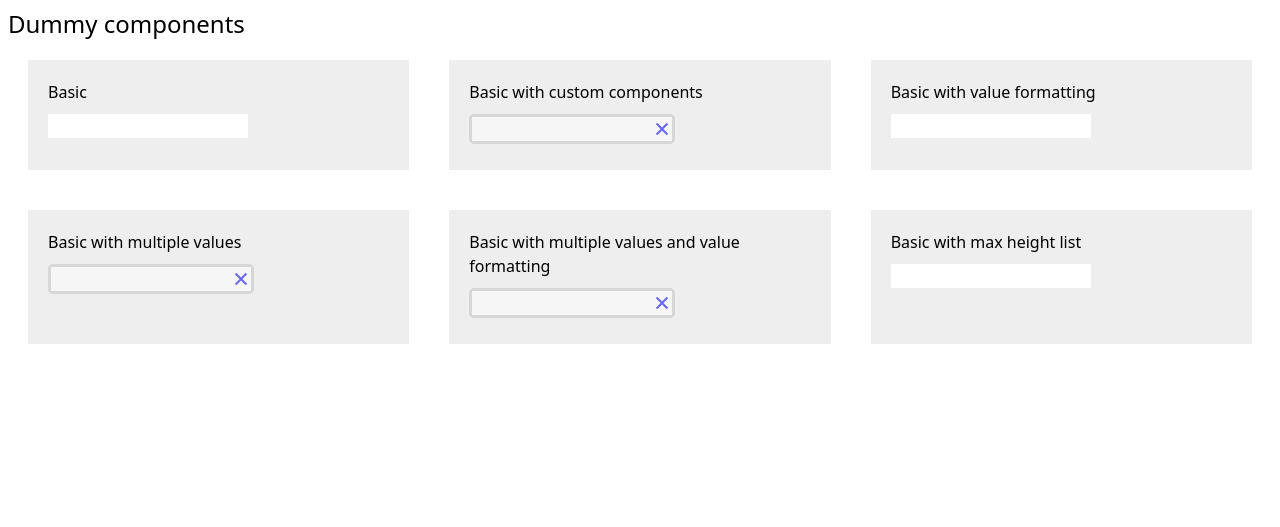
Repository: Frexity/frx-react
Page: / (app in ui/react-select/)
An editor plug-in stored every save of this project. The page is shown before and after the next save, followed by the edit.
The browser window is 1280 px wide. The pictures show the whole page.
Some web libraries are served in a nearby version. The project was rebuilt for these pictures with package versions that can differ from the ones it lists, and the page was loaded fresh each time. Also part of the build but not shown: ui/react-select/vite.config.ts, ui/react-select/src/CustomSelectComponents/ListLoadingIndicator.tsx, ui/react-select/src/dummy-components/ControlLoadingIndicator.tsx, ui/react-select/src/dummy-components/ListLoadingIndicator.tsx.

Above is the page before, as saved 2022-08-21 01:29:29.

### ui/react-select/index.html
<!DOCTYPE html>
<html lang="en">
  <head>
    <meta charset="UTF-8" />
    <link rel="icon" type="image/svg+xml" href="/vite.svg" />
    <meta name="viewport" content="width=device-width, initial-scale=1.0" />
    <title>React Select</title>
    <script src="https://cdn.tailwindcss.com/3.1.8"></script>
  </head>
  <body>
    <div id="root"></div>
    <script type="module" src="/src/main.tsx"></script>
  </body>
</html>

### ui/react-select/src/App.tsx
import './styles.css'

import { ClearIndicator } from './CustomSelectComponents/ClearIndicator'
import { Control } from './CustomSelectComponents/Control'
import { ListLoadingIndicator } from './CustomSelectComponents/ListLoadingIndicator'
import { Option } from './CustomSelectComponents/Option'
import { dummyComponents } from './dummy-components'
import { Select } from './Select'
import { ValueContainer } from './CustomSelectComponents/ValueContainer'
// import { AsyncSelect } from './Select/Async'

const options = [
  { label: 'Option 1', value: '1' },
  { label: 'Option 2', value: '2' },
  { label: 'Option 3', value: '3' },
  { label: 'Option 4', value: '4' },
  { label: 'Option 5', value: '5' },
  { label: 'Option 6', value: '6' },
  { label: 'Option 7', value: '7' },
  { label: 'Option 8', value: '8' },
  { label: 'Option 9', value: '9' },
  { label: 'Option 10', value: '10' },
]

const customComponents = {
  Option,
  Control,
  ClearIndicator,
  ListLoadingIndicator,
  ValueContainer,
}

export default function App() {
  return (
    <div className="p-2">
      <h2 className="text-2xl">Dummy components</h2>
      <div className="cards">
        <div className="card">
          <h3>Basic</h3>
          <Select options={options} components={dummyComponents} />
        </div>
        <div className="card">
          <h3>Basic with custom components</h3>
          <Select options={options} components={customComponents} />
        </div>
        <div className="card">
          <h3>Basic with value formatting</h3>
          <Select
            options={options}
            components={dummyComponents}
            selectedValueFormatter={(value) => {
              return value ? `This is value: ${value}` : null
            }}
          />
        </div>
        <div className="card">
          <h3>Basic with multiple values</h3>
          <Select options={options} components={customComponents} canSelectMultipleValues />
        </div>
        <div className="card">
          <h3>Basic with multiple values and value formatting</h3>
          <Select
            options={options}
            components={customComponents}
            canSelectMultipleValues
            selectedValueFormatter={(value) => {
              return value ? `This is value: ${value}` : null
            }}
          />
        </div>
        {/* <div className="card">
        <h3>TODO: Basic with initial value</h3>
        <Select options={options} components={customComponents} canSelectMultipleValues />
      </div> */}
        <div className="card">
          <h3>Basic with max height list</h3>
          <Select
            options={options}
            components={dummyComponents}
            optionsListProps={{
              maxHeight: 150,
            }}
          />
        </div>
        {/* <div className="card">
        <h3>Async</h3>
        <AsyncSelect
          options={options}
          components={dummyComponents}
          asyncOptions={{
            url: 'https://jsonplaceholder.typicode.com/albums',
            startPage: 0,
            perPage: 4,
            queryAttribute: 'page',
            labelAttribute: 'title',
            valueAttribute: 'id',
            loadOnMount: true,
          }}
        />
      </div> */}
        {/* <div className="card">
        <h3>TODO: Async with initial value</h3>
        <AsyncSelect
          options={options}
          components={dummyComponents}
          asyncOptions={{
            url: 'https://jsonplaceholder.typicode.com/albums',
            startPage: 0,
            perPage: 4,
            queryAttribute: 'page',
            labelAttribute: 'title',
            valueAttribute: 'id',
            loadOnMount: true,
          }}
        />
      </div> */}
      </div>
    </div>
  )
}

### ui/react-select/src/styles.css
.dropdown {
  position: fixed;
  border: 1px solid red;
  display: none;
  z-index: 1;
  background: white;
}

input:focus + .dropdown {
  display: block;
}

.card {
  margin: 20px;
  padding: 20px;
  background-color: #eee;
  overflow: hidden;
  overflow-y: scroll;
}

h3 {
  margin-bottom: 10px;
}

.cards {
  display: grid;
  grid-template-columns: repeat(auto-fill, minmax(400px, 1fr));
}

### ui/react-select/src/CustomSelectComponents/ClearIndicator.tsx
import { memo } from 'react'
import { ClearIndicatorComponentProps } from '../Select/types'

export const ClearIndicator = memo(({ clearIndicatorContainerStyles, onClick }: ClearIndicatorComponentProps) => {
  return (
    <div style={clearIndicatorContainerStyles} onClick={onClick}>
      <svg viewBox="0 0 460.775 460.775" style={{ width: 12, height: 12 }}>
        <path
          fill="#66f"
          d="M285.08,230.397L456.218,59.27c6.076-6.077,6.076-15.911,0-21.986L423.511,4.565c-2.913-2.911-6.866-4.55-10.992-4.55  c-4.127,0-8.08,1.639-10.993,4.55l-171.138,171.14L59.25,4.565c-2.913-2.911-6.866-4.55-10.993-4.55  c-4.126,0-8.08,1.639-10.992,4.55L4.558,37.284c-6.077,6.075-6.077,15.909,0,21.986l171.138,171.128L4.575,401.505  c-6.074,6.077-6.074,15.911,0,21.986l32.709,32.719c2.911,2.911,6.865,4.55,10.992,4.55c4.127,0,8.08-1.639,10.994-4.55  l171.117-171.12l171.118,171.12c2.913,2.911,6.866,4.55,10.993,4.55c4.128,0,8.081-1.639,10.992-4.55l32.709-32.719  c6.074-6.075,6.074-15.909,0-21.986L285.08,230.397z"
        />
      </svg>
    </div>
  )
})

### ui/react-select/src/CustomSelectComponents/Control.tsx
import { ControlComponentProps } from '../Select/types'

export const Control = ({ controlStyles, children }: ControlComponentProps) => {
  return (
    <div
      style={{
        ...controlStyles,
        borderRadius: 5,
        padding: 3,
        backgroundColor: '#d6d6d6',
      }}
    >
      {children}
    </div>
  )
}

### ui/react-select/src/CustomSelectComponents/Option.tsx
import { memo } from 'react'
import { OptionComponentProps } from '../Select/types'

export const Option = memo(({ isSelected, label, onSelect }: OptionComponentProps) => {


  return (
    <li className="text-gray-900 cursor-pointer py-2 pl-3 pr-9 hover:bg-sky-300" onClick={onSelect}>
      <div className="flex items-center">
        <img
          src="https://images.unsplash.com/photo-1491528323818-fdd1faba62cc?ixlib=rb-1.2.1&ixid=eyJhcHBfaWQiOjEyMDd9&auto=format&fit=facearea&facepad=2&w=256&h=256&q=80"
          alt=""
          className="flex-shrink-0 h-6 w-6 rounded-full"
        />
        <span className={`${isSelected ? 'font-bold text-blue-700' : 'font-normal'} ml-3 block truncate`}>{label}</span>
      </div>
    </li>
  )
})

### ui/react-select/src/dummy-components/index.ts
import { Control } from './Control'
import { ClearIndicator } from './ClearIndicator'
import { ControlLoadingIndicator } from './ControlLoadingIndicator'
import { ListLoadingIndicator } from './ListLoadingIndicator'
import { Option } from './Option'
import { ValueContainer } from './ValueContainer'

export const dummyComponents = {
  Control,
  ClearIndicator,
  ControlLoadingIndicator,
  ListLoadingIndicator,
  Option,
  ValueContainer,
}

### ui/react-select/src/Select/index.tsx
import { InnerSelect } from './common'
import { SelectProvider } from './Context'
import { OutsideClickHandler } from './OutsideClickHandler'
import { SelectProps } from './types'

export const Select = ({
  selectedValueFormatter,
  options,
  components,
  optionsListProps,
  canSelectMultipleValues,
}: Omit<SelectProps, 'asyncOptions' | 'AsyncHandler'>) => {
  // const [o, setO] = useState(options);

  // Test setting options from outside the context/component
  /*
  useEffect(() => {
    setTimeout(() => {
      setO([{ label: "New", value: "x" }]);
    }, 2000);
  }, []);
  console.log({ o });
  */

  return (
    <SelectProvider value={{ options }}>
      <OutsideClickHandler>
        <InnerSelect
          selectedValueFormatter={selectedValueFormatter}
          components={components}
          optionsListProps={optionsListProps}
          canSelectMultipleValues={canSelectMultipleValues}
        />
      </OutsideClickHandler>
    </SelectProvider>
  )
}

### ui/react-select/src/CustomSelectComponents/ValueContainer.tsx
import { memo } from 'react'
import { ValueContainerComponentProps } from '../Select/types'

export const ValueContainer = memo(({ children }: ValueContainerComponentProps) => {
  return <div style={{ width: 200, backgroundColor: '#f6f6f6', minHeight: 24, padding: '5px 10px' }}>{children}</div>
})

### ui/react-select/src/dummy-components/Control.tsx
import { ControlComponentProps } from '../Select/types'

export const Control = ({ controlStyles, children }: ControlComponentProps) => {
  return <div style={controlStyles}>{children}</div>
}

### ui/react-select/src/dummy-components/ClearIndicator.tsx
import { memo } from 'react'
import { ClearIndicatorComponentProps } from '../Select/types'

export const ClearIndicator = memo(
  ({ clearIndicatorContainerStyles, onClick, selectedValues }: ClearIndicatorComponentProps) => {
    return (
      <div
        style={{ ...clearIndicatorContainerStyles, ...{ display: selectedValues ? 'initial' : 'none' } }}
        onClick={onClick}
      >
        X
      </div>
    )
  },
)

### ui/react-select/src/dummy-components/Option.tsx
import { memo } from 'react'
import { OptionComponentProps } from '../Select/types'

export const Option = memo(({ isSelected, label, onSelect }: OptionComponentProps) => {
  return (
    <div style={{ fontWeight: isSelected ? 'bold' : 'normal' }} onClick={onSelect}>
      {label}
    </div>
  )
})

### ui/react-select/src/dummy-components/ValueContainer.tsx
import { memo } from 'react'
import { ValueContainerComponentProps } from '../Select/types'

export const ValueContainer = memo(({ children }: ValueContainerComponentProps) => {
  return <div style={{ width: 200, backgroundColor: '#fff', minHeight: 24 }}>{children}</div>
})

### ui/react-select/src/Select/common.tsx
import { useContext } from 'react'
import { ClearIndicator } from './ClearIndicator'
import { SelectContext } from './Context'
import { Options } from './Options'
import { OptionsDropdown } from './OptionsDropdown'
import { OptionsList } from './OptionsList'
import { selectStyles } from './styles'
import { SelectProps } from './types'
import { ValueContainer } from './ValueContainer'

export const InnerSelect = ({
  selectedValueFormatter,
  components,
  optionsListProps,
  asyncOptions,
  AsyncHandler,
  canSelectMultipleValues,
}: Omit<SelectProps, 'options'>) => {
  const { state } = useContext<any>(SelectContext)

  return (
    <>
      <components.Control controlStyles={selectStyles.control}>
        <ValueContainer
          selectedValueFormatter={selectedValueFormatter}
          ValueContainerComponent={components.ValueContainer}
        />
        {components.ClearIndicator && <ClearIndicator ClearIndicatorComponent={components.ClearIndicator} />}
        {components.ControlLoadingIndicator && <components.ControlLoadingIndicator isVisible={state.isLoading} />}
      </components.Control>
      <OptionsDropdown>
        {components.ListLoadingIndicator && (
          <components.ListLoadingIndicator isVisible={state.isOpen && state.isLoading} />
        )}
        <OptionsList optionsListProps={optionsListProps} isAsync={!!asyncOptions}>
          <Options OptionComponent={components.Option} canSelectMultipleValues={canSelectMultipleValues} />
        </OptionsList>
      </OptionsDropdown>
      {AsyncHandler && <AsyncHandler asyncOptions={asyncOptions} />}
    </>
  )
}

### ui/react-select/src/Select/Context.tsx
import React, { useReducer, createContext, useId, useEffect, PropsWithChildren } from 'react'

function reducer(state: any, action: any) {
  return { ...state, ...action }
}

const SelectContext = createContext({}) as any

const SelectProvider = ({ children, value }: PropsWithChildren<{ value: any }>) => {
  const inputElementId = useId()
  const listElementId = useId()
  const dropdownElementId = useId()

  const initialState = {
    isOpen: false,
    hasReachedBottom: false,
    isLoading: false,
    inputElementId,
    dropdownElementId,
    listElementId,
    options: value.options,
    selectedValues: null,
  }
  const [state, dispatch] = useReducer(reducer, initialState)
  const store = React.useMemo(() => ({ state, dispatch }), [state])

  /*
  TODO:
  - Get scroll ref, to scrollToTop when it opens
  */

  // Update options when they come from the outside
  useEffect(() => {
    dispatch({ options: value.options })
  }, [value.options])

  return <SelectContext.Provider value={store}>{children}</SelectContext.Provider>
}

export { SelectContext, SelectProvider }

### ui/react-select/src/Select/OutsideClickHandler.tsx
import { memo, ReactNode, useContext, useEffect, useRef } from 'react'
import { SelectContext } from './Context'

interface OutsideClickHandlerProps {
  children: ReactNode
}

const useOutsideClick = (callback: any) => {
  const ref = useRef<any>()

  useEffect(() => {
    const handleClick = (event: MouseEvent) => {
      if (ref.current && !ref.current.contains(event.target)) {
        callback()
      }
    }

    document.addEventListener('mousedown', handleClick, true)

    return () => {
      document.removeEventListener('mousedown', handleClick, true)
    }
  }, [ref, callback])

  return ref
}

export const OutsideClickHandler = memo(({ children }: OutsideClickHandlerProps) => {
  const { dispatch } = useContext<any>(SelectContext)

  const ref = useOutsideClick(() => {
    dispatch({ isOpen: false })
  })

  return <span ref={ref}>{children}</span>
})

### ui/react-select/src/Select/ClearIndicator.tsx
import { ComponentType, useCallback, useContext } from 'react'
import { SelectContext } from './Context'

import { selectStyles } from './styles'
import { ClearIndicatorComponentProps } from './types'

interface ClearIndicatorProps {
  ClearIndicatorComponent: ComponentType<ClearIndicatorComponentProps>
}

export const ClearIndicator = ({ ClearIndicatorComponent }: ClearIndicatorProps) => {
  const { state, dispatch } = useContext<any>(SelectContext)

  const handleClick = useCallback(() => {
    dispatch({ selectedValues: null })
  }, [dispatch])

  return (
    <ClearIndicatorComponent
      onClick={handleClick}
      selectedValues={state.selectedValues}
      clearIndicatorContainerStyles={selectStyles.clearIndicator}
    />
  )
}

### ui/react-select/src/Select/Options.tsx
import { memo, useCallback, useContext } from 'react'
import { SelectContext } from './Context'
import { OptionType, SelectComponents } from './types'
import { toggleValue } from './utils'

interface InnerOptionsProps {
  OptionComponent: any
  onSelect: any
  options: any
  selectedValues: any
}

const InnerOptions = memo(({ selectedValues, options, onSelect, OptionComponent }: InnerOptionsProps) => {
  return (
    <>
      {options.map((option: OptionType) => {
        const isSelected = Array.isArray(selectedValues)
          ? selectedValues.includes(option.value)
          : selectedValues === option.value

        return (
          <OptionComponent
            key={option.value}
            label={option.label}
            value={option.value}
            isSelected={isSelected}
            onSelect={() => {
              onSelect(option.value)
            }}
          />
        )
      })}
    </>
  )
})

interface OptionsProps {
  OptionComponent: SelectComponents['Option']
  canSelectMultipleValues: boolean | undefined
}

export const Options = ({ OptionComponent, canSelectMultipleValues }: OptionsProps) => {
  const { state, dispatch } = useContext<any>(SelectContext)

  const onSelect = useCallback(
    (value: string) => {
      if (canSelectMultipleValues) {
        const newValues = toggleValue({ value, selectedValues: state.selectedValues })
        dispatch({ selectedValues: newValues, isOpen: false })
        return
      }
      dispatch({ selectedValues: value, isOpen: false })
    },
    [dispatch, state.selectedValues, canSelectMultipleValues],
  )

  return (
    <InnerOptions
      options={state.options}
      OptionComponent={OptionComponent}
      selectedValues={state.selectedValues}
      onSelect={onSelect}
    />
  )
}

### ui/react-select/src/Select/OptionsDropdown.tsx
import { SelectContext } from './Context'
import { ReactNode, useContext, useEffect } from 'react'

import { getScrollParent, normalizedHeight, setMenuPosition } from './utils'

interface OptionsDropdownProps {
  children: ReactNode
}

export const OptionsDropdown = ({ children }: OptionsDropdownProps) => {
  const { state } = useContext<any>(SelectContext)

  // TODO: Reposition on window resize
  useEffect(() => {
    // TODO: Get unique ID instead
    const dropdown = document.getElementById(state.dropdownElementId)
    if (!dropdown) {
      return
    }

    const input = document.getElementById(state.inputElementId)
    if (!input) {
      return
    }
    if (!state.isOpen) {
      dropdown.style.display = 'none'
      return
    }

    const parent = getScrollParent(input)

    const style = getComputedStyle(input)

    const borderTopWidth = parseInt(style.borderTopWidth, 10) || 0
    const borderLeftWidth = parseInt(style.borderLeftWidth, 10) || 0
    const borderBottomWidth = parseInt(style.borderBottomWidth, 10) || 0
    const inputHeight = normalizedHeight(input) + borderTopWidth + borderBottomWidth

    setMenuPosition(dropdown, input, inputHeight, borderLeftWidth)

    function scrollEventHandler(this: HTMLElement) {
      if (!dropdown) {
        return
      }
      setMenuPosition(dropdown, this, inputHeight, borderLeftWidth)
    }

    parent.addEventListener('scroll', scrollEventHandler.bind(input))

    dropdown.style.display = 'initial'
  }, [state.isOpen, state.inputElementId, state.dropdownElementId])

  return (
    <div className="dropdown" id={state.dropdownElementId}>
      {children}
    </div>
  )
}

### ui/react-select/src/Select/OptionsList.tsx
import { SelectContext } from './Context'
import { useContext, memo, useCallback, useEffect, PropsWithChildren } from 'react'
import { scrollIsAtBottom } from './utils'
import { SelectProps } from './types'

interface InnerOptionsListProps {
  isAsync: boolean
  optionsListProps: SelectProps['optionsListProps']
  onReachedBottom: (() => void) | undefined
  listElementId: string
}

const InnerOptionsList = memo(
  ({
    children,
    isAsync,
    optionsListProps,
    onReachedBottom,
    listElementId,
  }: PropsWithChildren<InnerOptionsListProps>) => {
    useEffect(() => {
      if (!isAsync) {
        return
      }
      const element = document.getElementById(listElementId)
      if (!element) {
        return
      }

      function checkIfAtBottom() {
        if (element && scrollIsAtBottom(element)) {
          onReachedBottom && onReachedBottom()
        }
      }
      element.addEventListener('scroll', checkIfAtBottom)

      return () => {
        element.removeEventListener('scroll', checkIfAtBottom)
      }
    }, [onReachedBottom, listElementId, isAsync])

    return (
      <div
        id={listElementId}
        style={{
          maxHeight: optionsListProps?.maxHeight || 'unset',
          overflowY: optionsListProps?.maxHeight ? 'scroll' : 'unset',
        }}
      >
        <ul>{children}</ul>
      </div>
    )
  },
)

interface OptionsListProps {
  isAsync: boolean
  optionsListProps: any
}

export const OptionsList = ({ children, optionsListProps, isAsync }: PropsWithChildren<OptionsListProps>) => {
  const { state, dispatch } = useContext<any>(SelectContext)

  const onReachedBottom = useCallback(() => {
    if (state.hasReachedBottom) {
      return
    }
    dispatch({ hasReachedBottom: true })
  }, [dispatch, state.hasReachedBottom])

  return (
    <InnerOptionsList
      isAsync={isAsync}
      optionsListProps={optionsListProps}
      onReachedBottom={isAsync ? onReachedBottom : undefined}
      listElementId={state.listElementId}
    >
      {children}
    </InnerOptionsList>
  )
}

### ui/react-select/src/Select/styles.ts
export const selectStyles = {
  clearIndicator: {
    position: 'absolute' as const,
    top: 0,
    right: 0,
    bottom: 0,
    display: 'flex',
    padding: '0 7px',
    justifyContent: 'center',
    alignItems: 'center',
    cursor: 'pointer',
  },
  control: {
    position: 'relative' as const,
    display: 'inline-block',
  },
}

### ui/react-select/src/Select/ValueContainer.tsx
import { memo, useCallback, useContext } from 'react'
import { SelectContext } from './Context'
import { SelectComponents, SelectProps } from './types'

interface ValueContainerProps {
  selectedValueFormatter: SelectProps['selectedValueFormatter']
  ValueContainerComponent: SelectComponents['ValueContainer']
}

export const ValueContainer = memo(({ selectedValueFormatter, ValueContainerComponent }: ValueContainerProps) => {
  const { state, dispatch } = useContext<any>(SelectContext)

  const onFocus = useCallback(() => {
    dispatch({ isOpen: true })
  }, [dispatch])

  const formattedValue = selectedValueFormatter
    ? Array.isArray(state.selectedValues)
      ? state.selectedValues.map(selectedValueFormatter)
      : selectedValueFormatter(state.selectedValues)
    : state.selectedValues

  return (
    <div id={state.inputElementId} onClick={onFocus}>
      <ValueContainerComponent>{formattedValue}</ValueContainerComponent>
    </div>
  )
})

### ui/react-select/src/Select/utils.ts
export function getScrollParent(element: HTMLElement) {
  let style = window.getComputedStyle(element)
  const excludeStaticParent = style.position === 'absolute'
  const overflowRegex = /(auto|scroll)/
  const documentElement = document.documentElement

  if (style.position === 'fixed') {
    return documentElement
  }

  // eslint-disable-next-line @typescript-eslint/ban-ts-comment
  // @ts-ignore
  for (let parent = element; (parent = parent.parentElement); ) {
    style = window.getComputedStyle(parent)
    if (excludeStaticParent && style.position === 'static') {
      continue
    }
    if (overflowRegex.test(style.overflow + style.overflowY + style.overflowX)) {
      return parent
    }
  }

  return documentElement
}

export function getScrollTop(el: HTMLElement) {
  if (isDocumentElement(el)) {
    return window.scrollY
  }
  return el.scrollTop
}

export function normalizedHeight(el: HTMLElement) {
  if (isDocumentElement(el)) {
    return window.innerHeight
  }

  return el.clientHeight
}

export function isDocumentElement(el: HTMLElement) {
  return [document.documentElement, document.body, window].indexOf(el) > -1
}

// https://github.com/JedWatson/react-select/blob/b0411ff46bc1ecf45d9bca4fb58fbce1e57f847c/packages/react-select/src/internal/useScrollCapture.js

export function setMenuPosition(dropdown: HTMLElement, element: HTMLElement, inputHeight: number, leftOffset: number) {
  // Done with JS instead of React, otherwise it will lag behind
  const offset = element.getBoundingClientRect()
  const top = offset.top
  const left = offset.left
  dropdown.style.top = `${top + inputHeight}px`
  dropdown.style.left = `${left + leftOffset}px`
}

export function scrollIsAtBottom(node: HTMLElement) {
  return node.scrollTop + node.offsetHeight === node.scrollHeight
}

export function sleep(ms: number) {
  return new Promise((resolve) => setTimeout(resolve, ms))
}

export function toggleValue({ value, selectedValues }: { value: string; selectedValues: string[] | null }) {
  const wrappedSelectedValues = selectedValues ? [...selectedValues] : []
  if (wrappedSelectedValues.includes(value)) {
    const newValues = wrappedSelectedValues.filter((v) => v !== value)
    return newValues.length === 0 ? null : newValues
  }
  return [...wrappedSelectedValues, value]
}

Loaded but not shown: ui/react-select/src/main.tsx (common file)

After the next save:
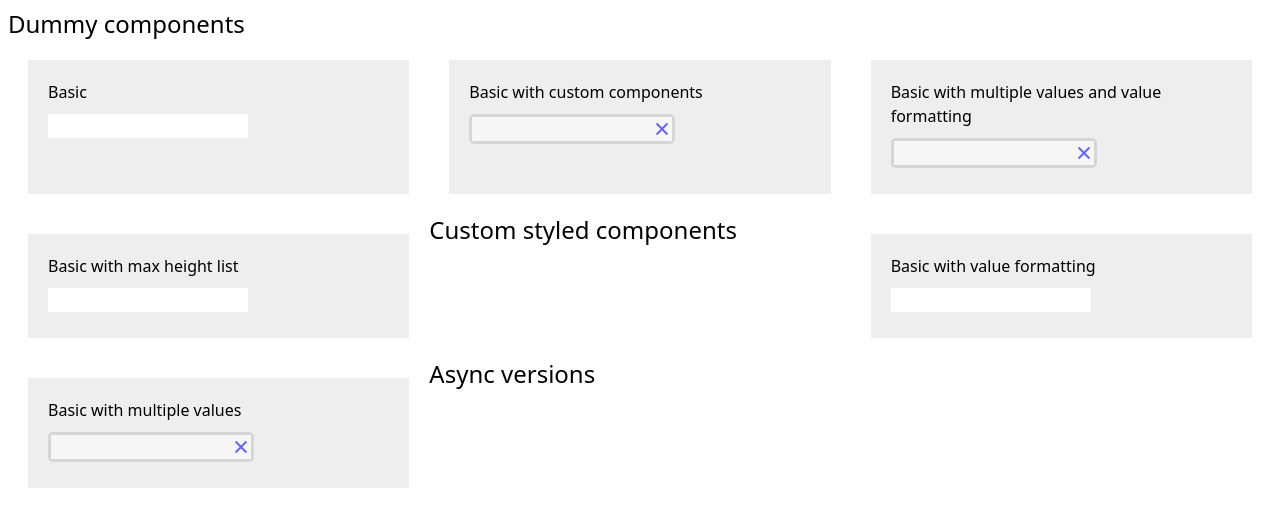
Saved 41 s later.
--- a/ui/react-select/src/App.tsx
+++ b/ui/react-select/src/App.tsx
@@ -44,20 +44,6 @@ export default function App() {
           <Select options={options} components={customComponents} />
         </div>
         <div className="card">
-          <h3>Basic with value formatting</h3>
-          <Select
-            options={options}
-            components={dummyComponents}
-            selectedValueFormatter={(value) => {
-              return value ? `This is value: ${value}` : null
-            }}
-          />
-        </div>
-        <div className="card">
-          <h3>Basic with multiple values</h3>
-          <Select options={options} components={customComponents} canSelectMultipleValues />
-        </div>
-        <div className="card">
           <h3>Basic with multiple values and value formatting</h3>
           <Select
             options={options}
@@ -82,6 +68,22 @@ export default function App() {
             }}
           />
         </div>
+        <h2 className="text-2xl">Custom styled components</h2>
+        <div className="card">
+          <h3>Basic with value formatting</h3>
+          <Select
+            options={options}
+            components={dummyComponents}
+            selectedValueFormatter={(value) => {
+              return value ? `This is value: ${value}` : null
+            }}
+          />
+        </div>
+        <div className="card">
+          <h3>Basic with multiple values</h3>
+          <Select options={options} components={customComponents} canSelectMultipleValues />
+        </div>
+        <h2 className="text-2xl">Async versions</h2>
         {/* <div className="card">
         <h3>Async</h3>
         <AsyncSelect
